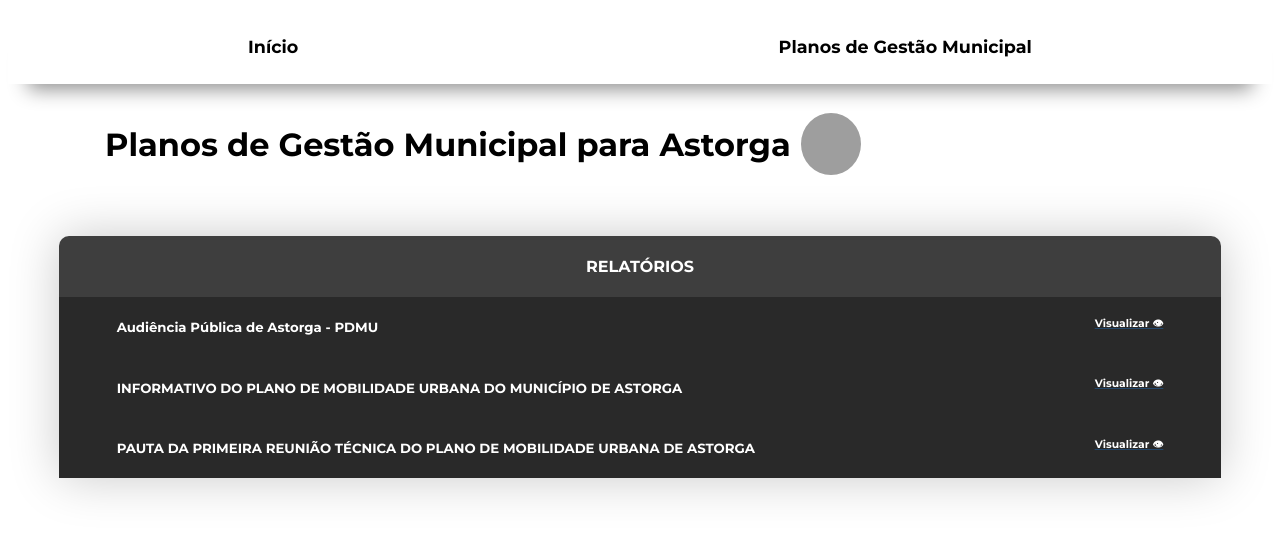
Repository: JoseEduardoLemos/planosdegestaomunicipal
Page: /cidades/astorga (app in app/)
An editor plug-in stored every save of this project. The page is shown before and after the next save, followed by the edit.
The browser window is 1280 px wide. The pictures show the whole page.
Pictures or frames that could not be fetched are drawn as grey boxes. The project was rebuilt for these pictures with package versions that can differ from the ones it lists, and the page was loaded fresh each time. The framework's server and built-in components were replaced by stand-ins that run in the browser. Also part of the build but not shown: app/next.config.js.

Above is the page before, as saved 2022-09-19 16:38:58.

After the next save:
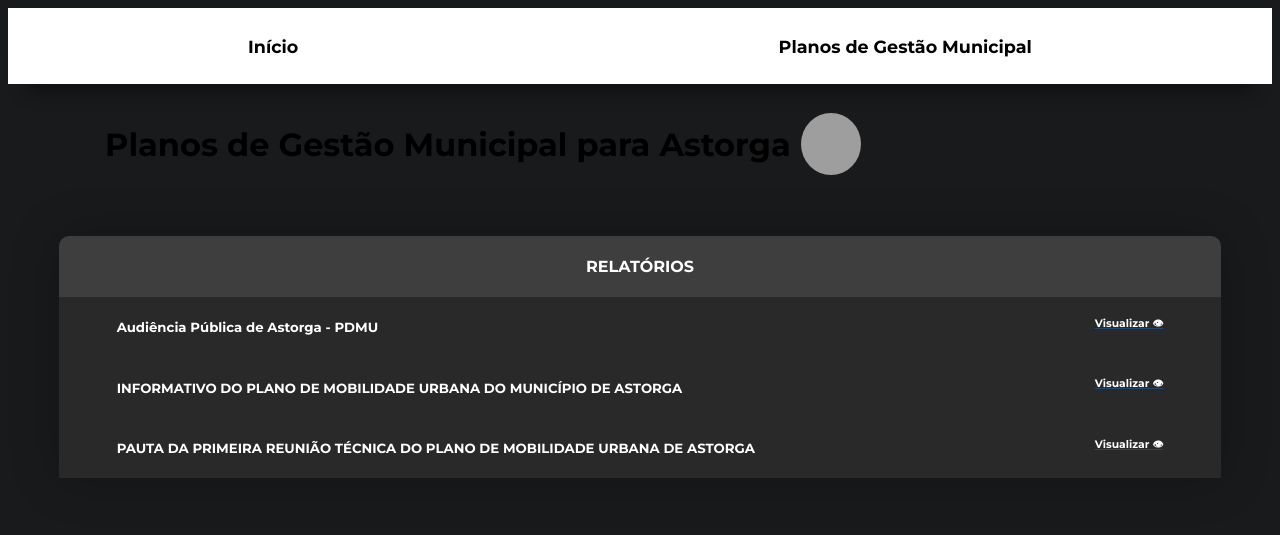
Saved 102 s later.
--- a/app/src/styles/global.css
+++ b/app/src/styles/global.css
@@ -2,7 +2,7 @@
 
 body{
     font-family: 'Montserrat', sans-serif;
-    background-color: rgb(255, 255, 255);
+    background-color: rgb(24, 26, 27);
 }
 .jorge{
     color:black;
